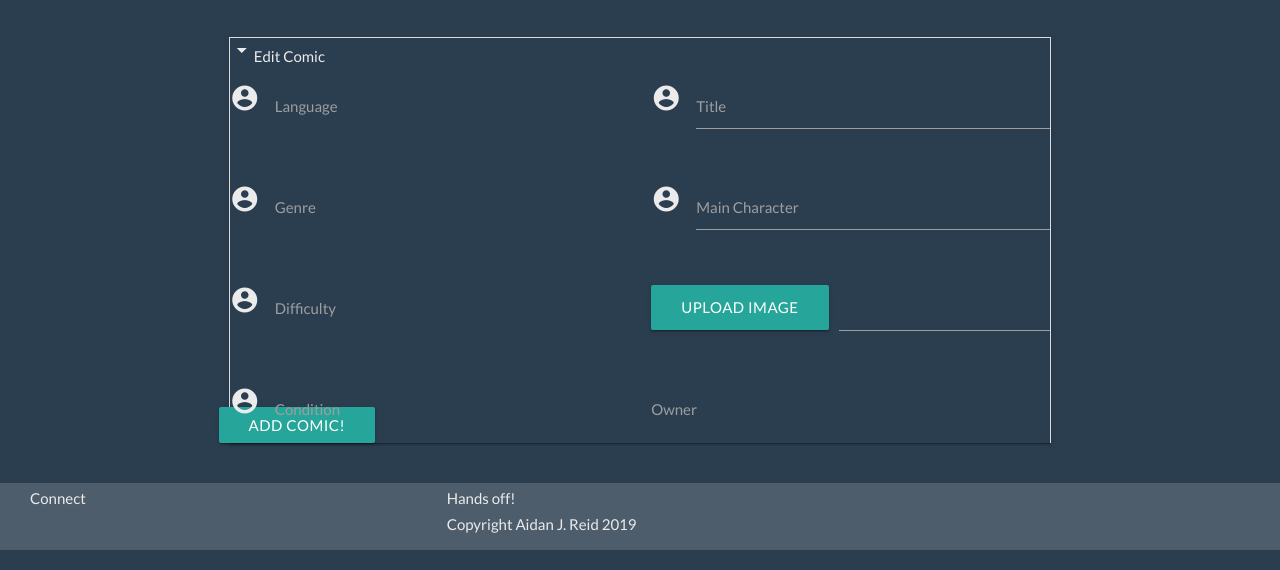
Repository: AidanJReid/Forex-Comix
Page: templates/editcomic.html
The author's editor kept a record of every edit. The page is drawn from the files as they stood at one moment, then again after the next edit.
The browser window is 1280 px wide. The pictures show the part of the page from y = 365 to 949 px (the page is 935 px tall before and 949 px after).
The page is served by the project's application, run on Flask 3 (run.py). The template is opened directly, without the code that normally fills it, so the values that code supplies are empty.

Above is the page before.
Console error: TypeError: $(...).formSelect is not a function

After the next edit:
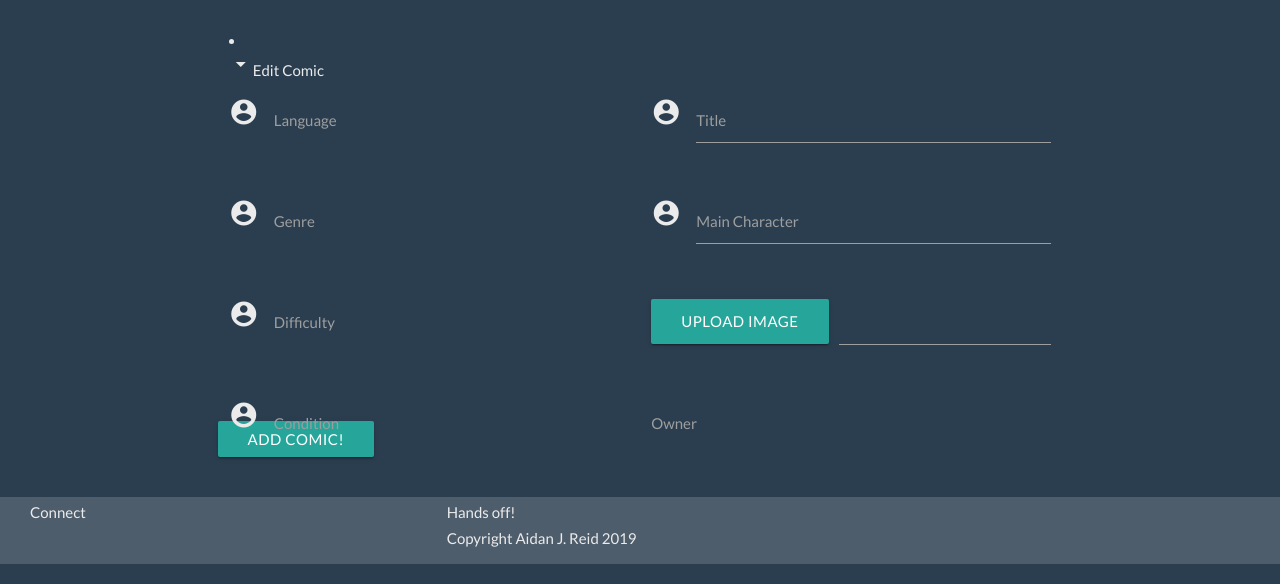
The edit:
--- a/templates/editcomic.html
+++ b/templates/editcomic.html
@@ -2,7 +2,6 @@
 
 <div class="container row">
     <div class="col">
-        <ul class="collapsible">
             <li>
                 <div><i class="material-icons">arrow_drop_down</i>Edit Comic</div>
                 <div>
